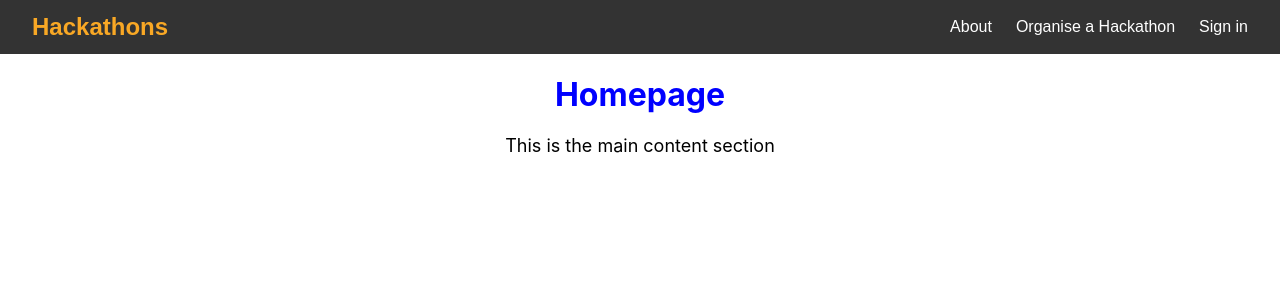
Repository: Ken-Kanike/RUBIX25_41_TECHTITANS
Page: / (app in backend/client/)
An editor plug-in stored every save of this project. The page is shown before and after the next save, followed by the edit.
The browser window is 1280 px wide. The pictures show the whole page.
The project was rebuilt for these pictures with package versions that can differ from the ones it lists, and the page was loaded fresh each time. Also part of the build but not shown: backend/client/src/signin.css, backend/client/src/signin.js.

Above is the page before, as saved 2025-01-23 00:26:19.

After the next save:
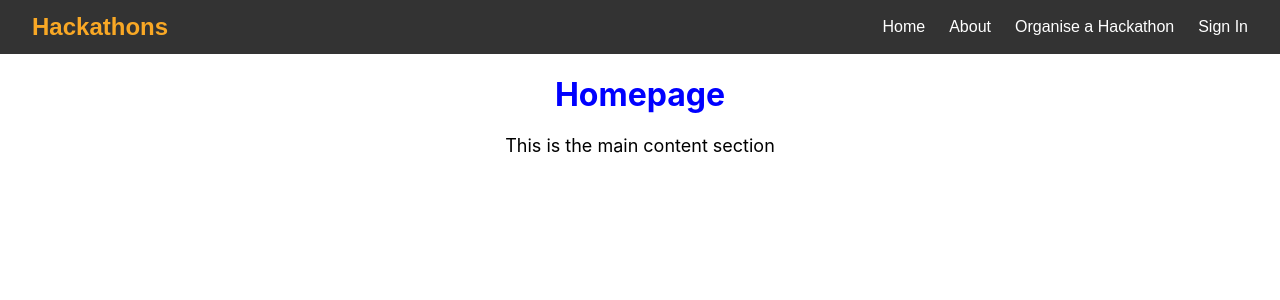
Saved 3 min 38 s later.
--- a/backend/client/src/navbar.js
+++ b/backend/client/src/navbar.js
@@ -1,16 +1,26 @@
 // src/Navbar.js
 import React from 'react';
-import { Link } from 'react-router-dom'; // Import Link from react-router-dom
+import { Link, useLocation } from 'react-router-dom'; // Import useLocation from react-router-dom
 import './navbar.css'; // For styling
 
 const Navbar = () => {
+    const location = useLocation(); // Get the current route location
+
     return (
         <nav className="navbar">
             <div className="navbar-logo">Hackathons</div>
             <ul className="navbar-links">
+                {/* Conditionally render navbar items based on the current route */}
+                {location.pathname !== "/signin" && (
+                    <li><Link to="/">Home</Link></li> // Show "Home" link except on the SignIn page
+                )}
                 <li><Link to="#about">About</Link></li>
                 <li><Link to="#organise">Organise a Hackathon</Link></li>
-                <li><Link to="/signin">Sign in</Link></li> {/* Use Link for navigation */}
+                {location.pathname === "/signin" ? (
+                    <li><Link to="/">Home</Link></li> // Show "Home" link on SignIn page
+                ) : (
+                    <li><Link to="/signin">Sign In</Link></li> // Show "Sign In" link on other pages
+                )}
             </ul>
         </nav>
     );
